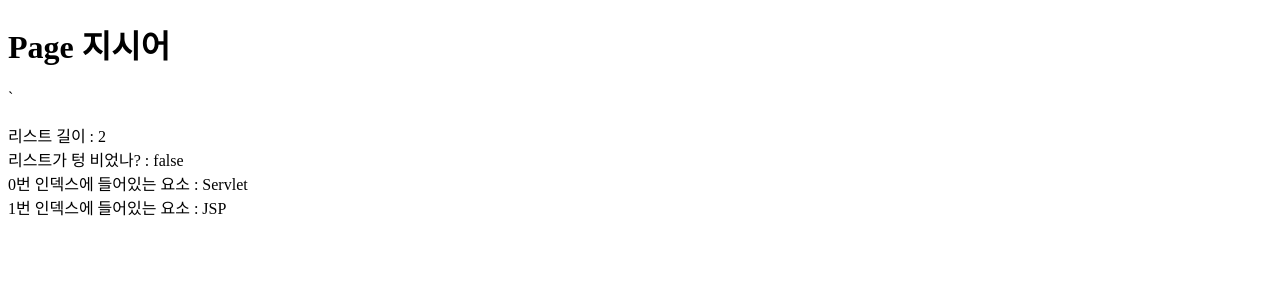
Repository: DonghwanSon1/StudyAndSubwayStore
Page: http://localhost/2_JSP/views/02_DirectivePage.jsp
The author's editor kept a copy of each file at every save. The page is drawn from the files as they stood at one save, then again after the next save.
The browser window is 1280 px wide. The pictures show the whole page.
The page is served by Tomcat 9.

Above is the page before, as saved 2022-06-02 06:44:40.

### 2_JSP/WebContent/views/02_DirectivePage.jsp
<%@ page language="java" contentType="text/html; charset=UTF-8"
    pageEncoding="UTF-8"%>
<%@ page import="java.util.ArrayList" %>
<!DOCTYPE html>
<html>
<head>
<meta charset="UTF-8">
<title>Page 지시어</title>
</head>
<body>

	<h1>Page 지시어</h1>

`	<%
		// ArrayList 사용
		ArrayList<String> list = new ArrayList<>();

		list.add("Servlet");
		list.add("JSP");

	%>


	<p>
		리스트 길이 : <%= list.size() %> <br>
		리스트가 텅 비었나? : <%= list.isEmpty() %> <br>
		0번 인덱스에 들어있는 요소 : <%= list.get(0) %> <br>
		1번 인덱스에 들어있는 요소 : <%= list.get(1) %> <br>

		<br>


	</p>





























</body>
</html>

After the next save:
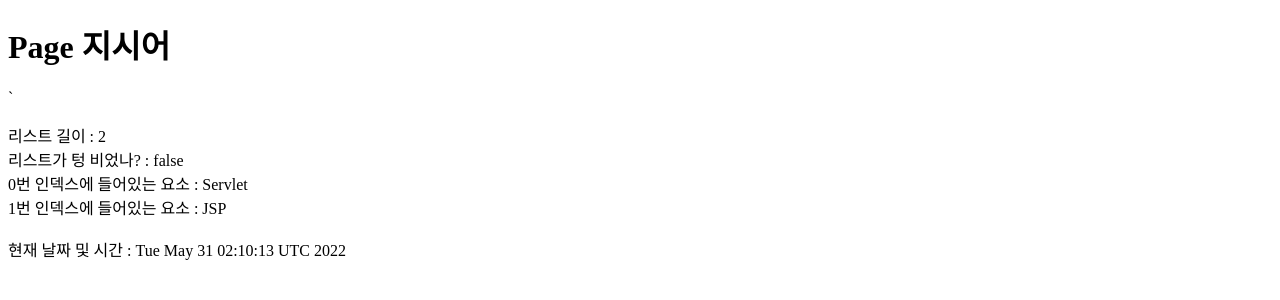
Saved 17 min 38 s later.
--- a/2_JSP/WebContent/views/02_DirectivePage.jsp
+++ b/2_JSP/WebContent/views/02_DirectivePage.jsp
@@ -1,6 +1,6 @@
 <%@ page language="java" contentType="text/html; charset=UTF-8"
     pageEncoding="UTF-8"%>
-<%@ page import="java.util.ArrayList" %>
+<%@ page import="java.util.ArrayList, java.util.Date" %>
 <!DOCTYPE html>
 <html>
 <head>
@@ -18,6 +18,8 @@
 		list.add("Servlet");
 		list.add("JSP");
 
+		Date today = new Date();
+
 	%>
 
 
@@ -28,6 +30,8 @@
 		1번 인덱스에 들어있는 요소 : <%= list.get(1) %> <br>
 
 		<br>
+
+		현재 날짜 및 시간 : <%= today %>
 
 
 	</p>
